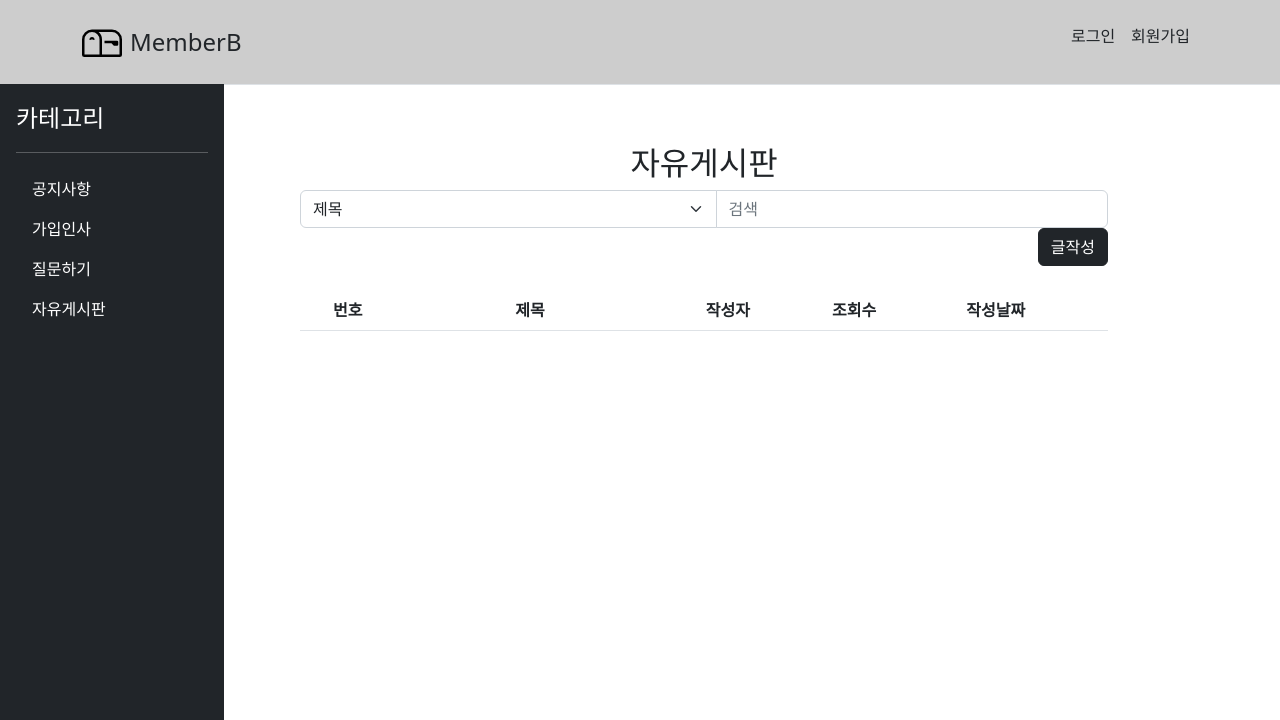
Repository: charmErin/board_220915
Page: http://localhost/board/WEB-INF/views/board/list.jsp
The author's editor kept a copy of each file at every save. The page is drawn from the files as they stood at one save, then again after the next save.
The browser window is 1280 px wide. The pictures show the whole page.
The page is served by Tomcat 9. Nobody is signed in. The template is opened directly, without the code that normally fills it, so the values that code supplies are empty.

Above is the page before, as saved 2022-09-16 08:40:57.

After the next save:
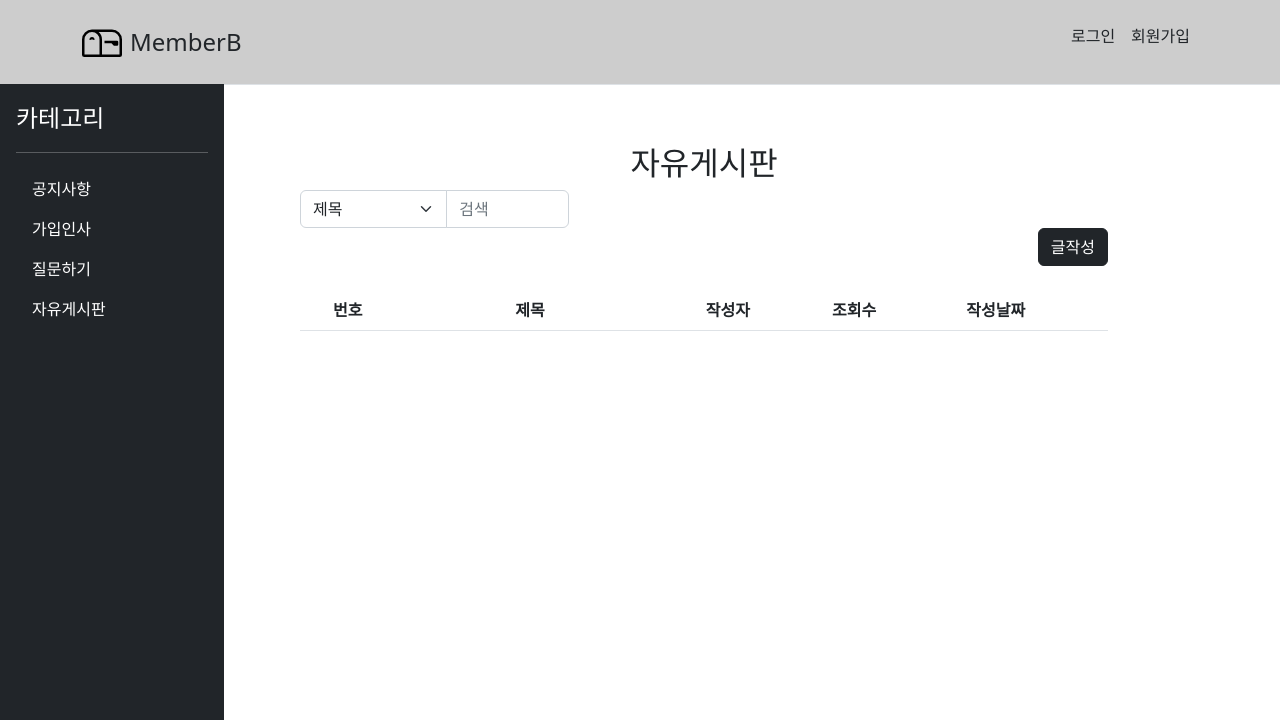
Saved 14 s later.
--- a/board/src/main/webapp/WEB-INF/views/board/list.jsp
+++ b/board/src/main/webapp/WEB-INF/views/board/list.jsp
@@ -58,8 +58,8 @@
 		</c:choose>
 
 
-		<form class="col-md-auto" action="/board/search" method="get">
-			<div class="input-group col-4">
+		<form class="col-4" action="/board/search" method="get">
+			<div class="input-group">
 				<select class="form-select col-1" name="searchType">
 					<option value="boardTitle">제목</option>
 					<option value="boardWriter">작성자</option>

After the 5 saves that followed:
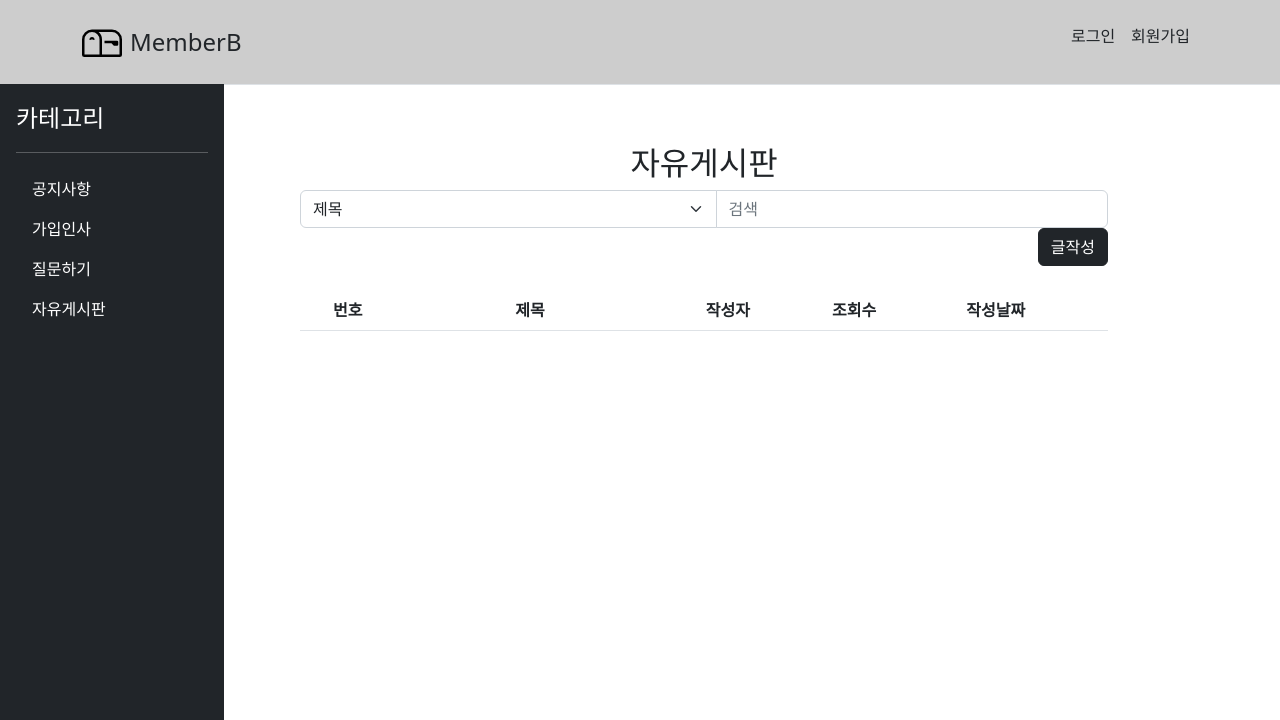
The 5 saves are shown as one change because 1 left the picture as it was and some came seconds apart.
The last was saved 32 s later.
--- a/board/src/main/webapp/WEB-INF/views/board/list.jsp
+++ b/board/src/main/webapp/WEB-INF/views/board/list.jsp
@@ -57,17 +57,18 @@
 			</c:otherwise>
 		</c:choose>
 
-
-		<form class="col-4" action="/board/search" method="get">
-			<div class="input-group">
-				<select class="form-select col-1" name="searchType">
-					<option value="boardTitle">제목</option>
-					<option value="boardWriter">작성자</option>
-					<option value="boardContetns">내용</option>
-				</select>
-				<input class="form-control col-2" type="text" name="q" placeholder="검색" aria-label="Search">
-			</div>
-		</form>
+		<span class="col-4">
+			<form action="/board/search" method="get">
+				<div class="input-group">
+					<select class="form-select col-1" name="searchType">
+						<option value="boardTitle">제목</option>
+						<option value="boardWriter">작성자</option>
+						<option value="boardContetns">내용</option>
+					</select>
+					<input class="form-control col-2" type="text" name="q" placeholder="검색" aria-label="Search">
+				</div>
+			</form>
+		</span>
 		<span class="d-grid gap-2 d-md-flex justify-content-md-end mb-4">
 			<button onclick="boardSave()" class="btn btn-dark">글작성</button>
 		</span>
